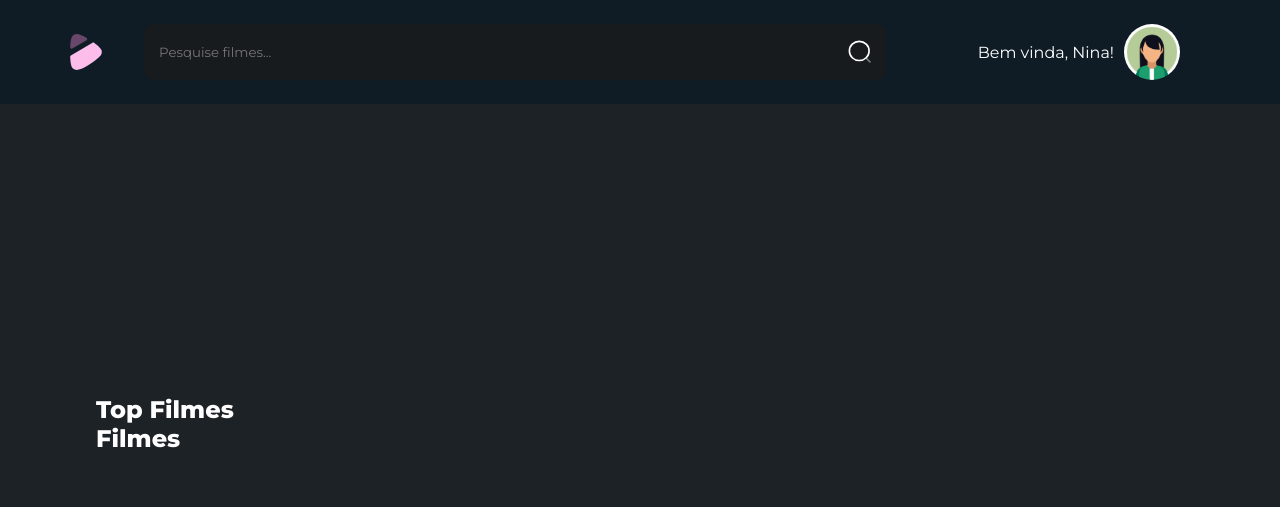
Repository: MilenaMelo/Cubos-Flix
Page: / (app in cubos-flix/)
An editor plug-in stored every save of this project. The page is shown before and after the next save, followed by the edit.
The browser window is 1280 px wide. The pictures show the whole page.
The project was rebuilt for these pictures with package versions that can differ from the ones it lists, and the page was loaded fresh each time.

Above is the page before, as saved 2021-06-19 14:49:00.

After the next save:
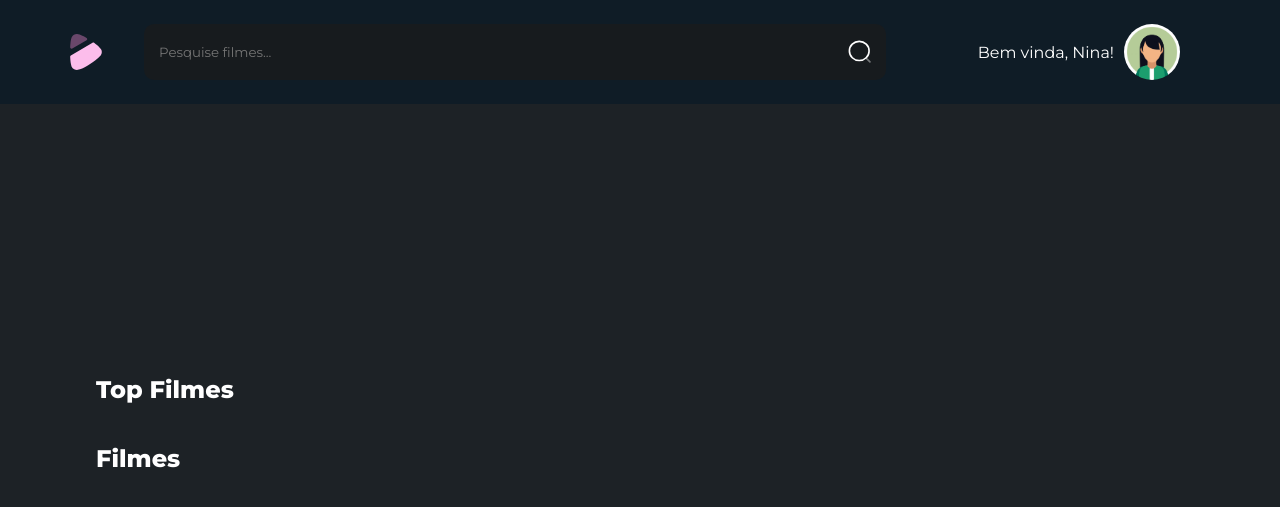
Saved 2 min 58 s later.
--- a/cubos-flix/src/App.css
+++ b/cubos-flix/src/App.css
@@ -35,3 +35,7 @@
 .content {
     padding-left: 96px;
 }
+
+.top-movies {
+    margin-bottom: 40px;
+}
